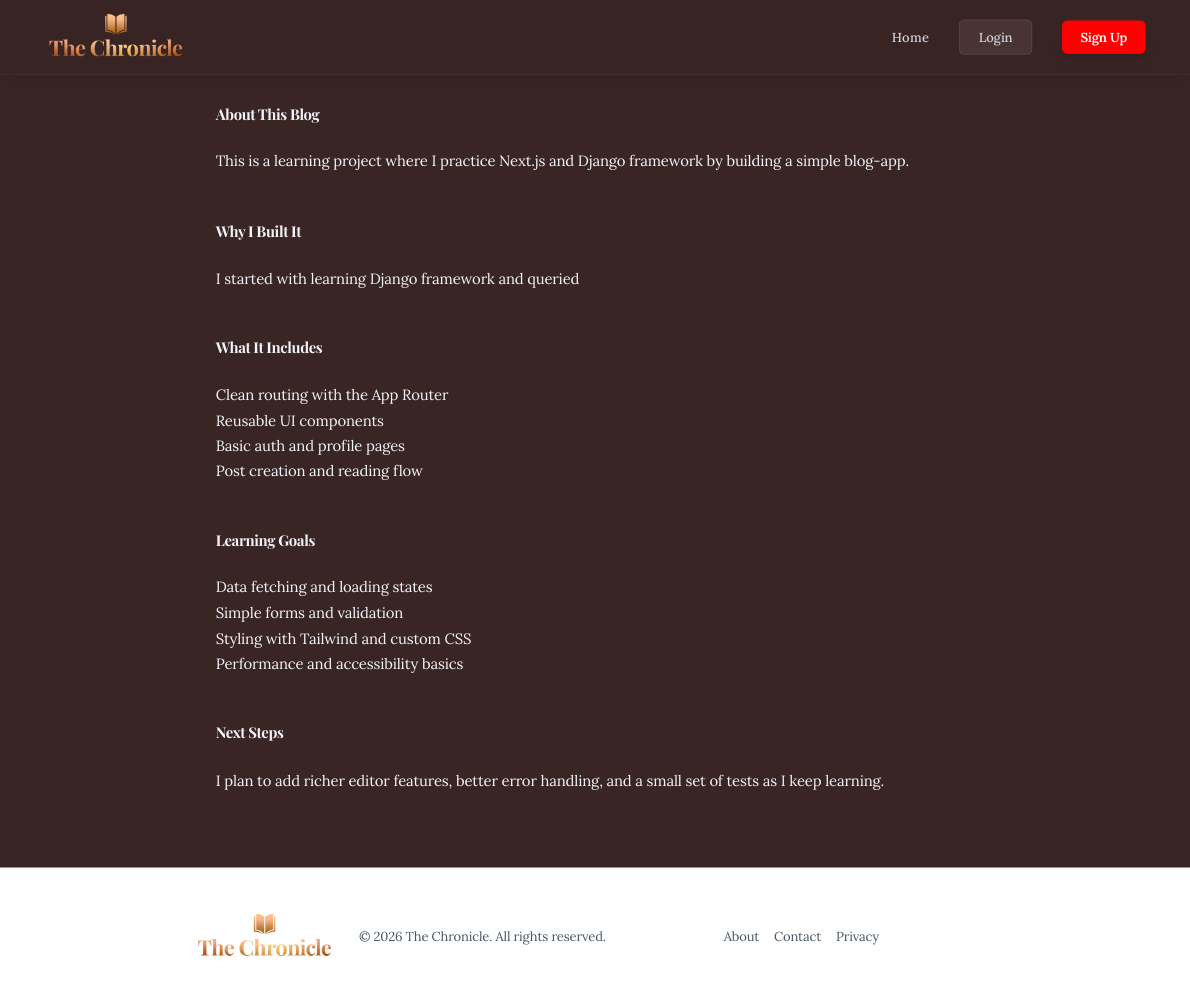
Repository: swaruplamsal/BasicBlogApp
Page: /about (app in blog-frontend/)
An editor plug-in stored every save of this project. The page is shown before and after the next save, followed by the edit.
The browser window is 1280 px wide. The pictures show the whole page, at 93% of full size.
The page's requests for data from a server got no answer. The project was rebuilt for these pictures with package versions that can differ from the ones it lists, and the page was loaded fresh each time. The framework's server and built-in components were replaced by stand-ins that run in the browser. No one was signed in, and anything a server would have sent is missing. Also part of the build but not shown: blog-frontend/next.config.mjs, blog-frontend/app/components/Avatar.js.

Above is the page before, as saved 2026-02-07 20:52:46.

### blog-frontend/app/layout.js
// app/layout.js
import { Lora, Playfair_Display } from "next/font/google";
import { AuthProvider } from "./context/AuthContext";
import { generateSiteMetadata } from "../lib/metadata";
import "./globals.css";

export const metadata = generateSiteMetadata();

const lora = Lora({
  subsets: ["latin"],
  weight: ["400", "500", "600", "700"],
  variable: "--font-lora",
});

const playfair = Playfair_Display({
  subsets: ["latin"],
  weight: ["400", "500", "600", "700", "900"],
  variable: "--font-playfair",
});

export default function RootLayout({ children }) {
  return (
    <html lang="en">
      <body className={`${lora.variable} ${playfair.variable}`}>
        <AuthProvider>{children}</AuthProvider>
      </body>
    </html>
  );
}

### blog-frontend/app/about/page.js
import Navbar from "../components/Navbar";
import Footer from "../components/Footer";

const sectionStyle = {
  marginTop: "1.5rem",
};

export default function About() {
  return (
    <div className="dark:bg-sky-950">
      <Navbar />
      <main style={{ padding: "2rem", maxWidth: "880px", margin: "0 auto" }}>
        <h1>About This Blog</h1>
        <br />

        <p>
          This is a learning project where I practice Next.js and Django
          framework by building a simple blog-app.
        </p>
        <br />
        <section style={sectionStyle}>
          <h2>Why I Built It</h2>
          <br />
          <p>
            I started with learning Django framework and queried
          </p>
        </section>
        <br />

        <section style={sectionStyle}>
          <h2>What It Includes</h2>
          <br />
          <ul>
            <li>Clean routing with the App Router</li>
            <li>Reusable UI components</li>
            <li>Basic auth and profile pages</li>
            <li>Post creation and reading flow</li>
          </ul>
        </section>
        <br />

        <section style={sectionStyle}>
          <h2>Learning Goals</h2>
          <br />
          <ul>
            <li>Data fetching and loading states</li>
            <li>Simple forms and validation</li>
            <li>Styling with Tailwind and custom CSS</li>
            <li>Performance and accessibility basics</li>
          </ul>
        </section>
        <br />

        <section style={sectionStyle}>
          <h2>Next Steps</h2>
          <br />
          <p>
            I plan to add richer editor features, better error handling, and a
            small set of tests as I keep learning.
          </p>
        </section>
      </main>
      <Footer />
    </div>
  );
}

### blog-frontend/app/context/AuthContext.js
"use client";

import { createContext, useContext, useState, useEffect } from "react";
import { authApi } from "../../lib/api";

const AuthContext = createContext();

// Helper function to get initial state from localStorage
function getInitialAuth() {
  if (typeof window === "undefined") {
    return { token: null, user: null };
  }

  const savedToken = localStorage.getItem("token");
  const savedUser = localStorage.getItem("user");

  return {
    token: savedToken || null,
    user: savedUser ? JSON.parse(savedUser) : null,
  };
}

export function AuthProvider({ children }) {
  const [user, setUser] = useState(() => getInitialAuth().user);
  const [token, setToken] = useState(() => getInitialAuth().token);

  // Sync user data with backend on mount if token exists
  useEffect(() => {
    if (typeof window === "undefined" || !token) return;

    const syncUserData = async () => {
      try {
        const completeUser = await authApi.getCurrentUser();
        setUser(completeUser);
        localStorage.setItem("user", JSON.stringify(completeUser));
      } catch (error) {
        // If sync fails, user might be logged out - clear auth state
        setToken(null);
        setUser(null);
        localStorage.removeItem("token");
        localStorage.removeItem("user");
      }
    };

    syncUserData();
  }, [token]);

  const login = async (username, password) => {
    try {
      const data = await authApi.login(username, password);

      setToken(data.token);
      localStorage.setItem("token", data.token);

      // Fetch complete user data including profile
      try {
        const completeUser = await authApi.getCurrentUser();
        setUser(completeUser);
        localStorage.setItem("user", JSON.stringify(completeUser));
      } catch (profileError) {
        // Fallback to basic user data if profile fetch fails
        setUser(data.user);
        localStorage.setItem("user", JSON.stringify(data.user));
      }

      return { success: true };
    } catch (error) {
      return { success: false, error: error.message };
    }
  };

  const signup = async (username, email, password) => {
    try {
      const data = await authApi.signup(username, email, password);

      setToken(data.token);
      setUser(data.user);
      localStorage.setItem("token", data.token);
      localStorage.setItem("user", JSON.stringify(data.user));
      return { success: true };
    } catch (error) {
      return { success: false, error: error.message };
    }
  };

  const logout = () => {
    setToken(null);
    setUser(null);
    localStorage.removeItem("token");
    localStorage.removeItem("user");
  };

  const refreshUser = async () => {
    if (!token) return;

    try {
      const completeUser = await authApi.getCurrentUser();
      setUser(completeUser);
      localStorage.setItem("user", JSON.stringify(completeUser));
    } catch (error) {
      console.log("Failed to refresh user data:", error.message);
    }
  };

  return (
    <AuthContext.Provider
      value={{ user, token, login, signup, logout, refreshUser }}
    >
      {children}
    </AuthContext.Provider>
  );
}

export function useAuth() {
  return useContext(AuthContext);
}

### blog-frontend/lib/metadata.js
// Helper functions for generating metadata

export const generateSiteMetadata = () => ({
  title: {
    template: "%s | The Chronicle",
    default: "The Chronicle - Where Stories Matter",
  },
  description:
    "Discover thoughtful perspectives, compelling narratives, and insights that challenge the ordinary.",
  keywords: ["blog", "stories", "articles", "writing", "chronicle"],
  authors: [{ name: "The Chronicle Team" }],
  openGraph: {
    type: "website",
    locale: "en_US",
    siteName: "The Chronicle",
  },
  twitter: {
    card: "summary_large_image",
  },
  // Fallback favicon / site icon. Place a file at public/favicon.png (or /favicon.ico)
  icons: {
    icon: "/favicon.png",
    apple: "/favicon.png",
  },
});

export const generatePostMetadata = (post) => {
  if (!post) return {};

  return {
    title: post.title,
    description: post.content.substring(0, 160) + "...",
    keywords: post.tags?.map((tag) => tag.name) || [],
    authors: [{ name: post.author?.username || "Anonymous" }],
    openGraph: {
      title: post.title,
      description: post.content.substring(0, 160) + "...",
      type: "article",
      publishedTime: post.created_at,
      modifiedTime: post.updated_at,
      authors: [post.author?.username || "Anonymous"],
      tags: post.tags?.map((tag) => tag.name) || [],
    },
    twitter: {
      card: "summary_large_image",
      title: post.title,
      description: post.content.substring(0, 160) + "...",
    },
  };
};

### blog-frontend/app/globals.css
@import "tailwindcss";

@layer base {
  :root {
    /* Bold Editorial Theme - Color Hunt Palette */
    --background: #3a2525;
    --background-elevated: #4a3535;
    --background-hover: #5a4545;
    --foreground: #f1f5f9;
    --foreground-muted: #cbd5e1;
    --foreground-subtle: #94a3b8;

    /* Accent Colors */
    --accent: #ff0000;
    --accent-hover: #cc0000;
    --accent-light: #ff3333;
    --accent-secondary: #9e2a2a;
    --navy: #000080;
    --navy-hover: #0000a0;

    /* Borders & Dividers */
    --border: #5a4545;
    --border-light: #6a5555;

    /* Semantic Colors */
    --success: #10b981;
    --error: #ff0000;
    --warning: #ff0000;
  }

  body {
    background: var(--background);
    color: var(--foreground);
    font-family:
      var(--font-lora),
      -apple-system,
      BlinkMacSystemFont,
      "Segoe UI",
      Roboto,
      sans-serif;
    line-height: 1.7;
    -webkit-font-smoothing: antialiased;
    -moz-osx-font-smoothing: grayscale;
    letter-spacing: -0.011em;
  }

  h1,
  h2,
  h3,
  h4,
  h5,
  h6 {
    font-family: var(--font-playfair), Georgia, serif;
    font-weight: 700;
    line-height: 1.25;
    color: var(--foreground);
    letter-spacing: -0.025em;
  }
}

@layer components {
  /* Custom Scrollbar */
  ::-webkit-scrollbar {
    width: 8px;
  }

  ::-webkit-scrollbar-track {
    background: var(--background);
  }

  ::-webkit-scrollbar-thumb {
    background: var(--accent);
    border-radius: 4px;
  }

  ::-webkit-scrollbar-thumb:hover {
    background: var(--accent-hover);
  }

  /* Smooth transitions */
  * {
    transition-property:
      background-color, border-color, color, fill, stroke, transform, opacity;
    transition-timing-function: cubic-bezier(0.4, 0, 0.2, 1);
    transition-duration: 200ms;
  }

  /* Editorial Utilities */
  .editorial-gradient {
    background: linear-gradient(
      135deg,
      var(--background) 0%,
      var(--background-elevated) 100%
    );
  }

  .text-gradient {
    background: linear-gradient(135deg, #ff0000, #9e2a2a);
    -webkit-background-clip: text;
    -webkit-text-fill-color: transparent;
    background-clip: text;
  }

  .reading-progress {
    position: fixed;
    top: 0;
    left: 0;
    height: 3px;
    background: linear-gradient(90deg, #ff0000, #9e2a2a);
    z-index: 9999;
    transition: width 0.1s ease-out;
  }

  .card-hover {
    transition: all 0.3s cubic-bezier(0.4, 0, 0.2, 1);
  }

  .card-hover:hover {
    transform: translateY(-2px);
    box-shadow: 0 20px 40px -12px rgba(255, 0, 0, 0.2);
    border-color: #6a5555 !important;
  }

  /* Button Styles */
  .btn-primary {
    background-color: #ff0000;
    box-shadow: 0 10px 25px -5px rgba(255, 0, 0, 0.3);
    transition: all 0.3s ease;
  }

  .btn-primary:hover {
    background-color: #cc0000;
    box-shadow: 0 15px 30px -5px rgba(255, 0, 0, 0.4);
  }

  /* Link Styles */
  .link-red {
    color: #ff0000;
    transition: color 0.2s ease;
  }

  .link-red:hover {
    color: #ff3333;
  }

  .link-nav {
    color: #cbd5e1;
    transition: color 0.2s ease;
  }

  .link-nav:hover {
    color: #ff0000;
  }

  /* Article Title */
  .article-title {
    color: #f1f5f9;
    transition: color 0.3s ease;
  }

  .article-title:hover {
    color: #ff0000;
  }

  /* Tag Styles */
  .tag {
    color: #94a3b8;
    background-color: rgba(90, 69, 69, 0.5);
    border: 1px solid rgba(106, 85, 85, 0.5);
    transition: all 0.2s ease;
  }

  .tag:hover {
    border-color: #9e2a2a;
    color: #cbd5e1;
  }
  /* Form Styles */
  .form-input {
    background-color: rgba(90, 69, 69, 0.5);
    border: 1px solid #6a5555;
    color: #f1f5f9;
    transition: all 0.2s ease;
  }

  .form-input:focus {
    outline: none;
    border-color: #ff0000;
    background-color: rgba(90, 69, 69, 0.7);
  }

  .form-label {
    color: #cbd5e1;
  }

  .form-container {
    background-color: rgba(74, 53, 53, 0.5);
    border: 1px solid #5a4545;
  }

  .btn-secondary {
    background-color: rgba(90, 69, 69, 0.8);
    color: #cbd5e1;
    border: 1px solid #6a5555;
    transition: all 0.2s ease;
  }

  .btn-secondary:hover {
    background-color: rgba(90, 69, 69, 1);
    border-color: #7a6565;
  }

  .btn-danger {
    background-color: rgba(158, 42, 42, 0.8);
    color: #fff;
    border: 1px solid #9e2a2a;
    transition: all 0.2s ease;
  }

  .btn-danger:hover {
    background-color: #9e2a2a;
  }

  .btn-success {
    background-color: rgba(16, 185, 129, 0.8);
    color: #fff;
    transition: all 0.2s ease;
  }

  .btn-success:hover {
    background-color: rgb(16, 185, 129);
  }

  /* ========================================
   LOADING & ANIMATION STYLES
   ======================================== */

  /* Shimmer effect for skeleton loaders */
  @keyframes shimmer {
    0% {
      transform: translateX(-100%);
    }
    100% {
      transform: translateX(100%);
    }
  }

  .animate-shimmer {
    animation: shimmer 2s infinite;
  }

  /* Fade in animation */
  @keyframes fade-in {
    from {
      opacity: 0;
    }
    to {
      opacity: 1;
    }
  }

  .animate-fade-in {
    animation: fade-in 0.5s ease-out;
  }

  /* Fade in and slide up animation */
  @keyframes fade-in-up {
    from {
      opacity: 0;
      transform: translateY(20px);
    }
    to {
      opacity: 1;
      transform: translateY(0);
    }
  }

  .animate-fade-in-up {
    animation: fade-in-up 0.6s ease-out;
  }

  /* Scale in animation */
  @keyframes scale-in {
    from {
      opacity: 0;
      transform: scale(0.95);
    }
    to {
      opacity: 1;
      transform: scale(1);
    }
  }

  .animate-scale-in {
    animation: scale-in 0.4s ease-out;
  }

  /* Smooth transitions for all interactive elements */
  .transition-smooth {
    transition: all 0.3s cubic-bezier(0.4, 0, 0.2, 1);
  }
}

### blog-frontend/app/components/Navbar.js
// app/components/Navbar.js
"use client";

import dynamic from "next/dynamic";
import Link from "next/link";
import Image from "next/image";

const NavbarAuth = dynamic(() => import("./NavbarAuth"), { ssr: false });

export default function Navbar() {
  return (
    <nav
      className="sticky top-0 z-50 backdrop-blur-xl border-b shadow-lg"
      style={{
        backgroundColor: "rgba(58, 37, 37, 0.8)",
        borderColor: "rgba(90, 69, 69, 0.5)",
      }}
    >
      <div className="max-w-7xl mx-auto px-6 sm:px-8 lg:px-12">
        <div className="flex justify-between items-center h-20">
          {/* Logo */}
          <Link
            href="/"
            className="group flex items-center gap-3 hover:opacity-80 transition-opacity"
          >
            {/* Replace the inline svg with a logo image from public/images/logo.png */}
            <div>
              <Image
                src="/images/logo.png"
                alt="Editorial logo"
                width={150}
                height={150}
                className="object-cover"
                priority
              />
            </div>
          </Link>

          {/* Nav Links */}
          <div className="flex items-center gap-8">
            <Link
              href="/"
              className="link-nav font-medium text-sm tracking-wide"
            >
              Home
            </Link>
            <NavbarAuth />
          </div>
        </div>
      </div>
    </nav>
  );
}

### blog-frontend/app/components/Footer.js
import Image from "next/image";
import Link from "next/link";
import SocialLinks from "./SocialLinks";

export default function Footer() {
  return (
    <footer className="border-t mt-12 py-8 bg-white dark:bg-gray-900">
      <div className="max-w-4xl mx-auto px-4 flex flex-col md:flex-row items-center justify-between gap-4">
        <div className="flex items-center space-x-3">
          <Link href="/" className="flex items-center">
            <Image
              src="/images/logo.png"
              alt="Logo"
              width={150}
              height={150}
              className="rounded-sm"
            />
          </Link>
          <p className="text-sm text-gray-600 dark:text-gray-300 ml-4">
            © {new Date().getFullYear()} The Chronicle. All rights reserved.
          </p>
        </div>

        <nav className="flex items-center space-x-4">
          <Link
            href="/about"
            className="text-sm text-gray-600 hover:text-red-600 transition-colors duration-200 dark:text-gray-300 dark:hover:text-red-400 active:text-red-900 focus:outline-none focus-visible:ring-2 focus-visible:ring-red-300 rounded"
          >
            About
          </Link>
          <Link
            href="/contact"
            className="text-sm text-gray-600 hover:text-red-600 transition-colors duration-200 dark:text-gray-300 dark:hover:text-red-400 active:text-red-900 focus:outline-none focus-visible:ring-2 focus-visible:ring-red-300 rounded"
          >
            Contact
          </Link>
          <Link
            href="/privacy"
            className="text-sm text-gray-600 hover:text-red-600 transition-colors duration-200 dark:text-gray-300 dark:hover:text-red-400 active:text-red-900 focus:outline-none focus-visible:ring-2 focus-visible:ring-red-300 rounded"
          >
            Privacy
          </Link>
        </nav>

        <div>
          <SocialLinks />
        </div>
      </div>
    </footer>
  );
}

### blog-frontend/app/components/SocialLinks.js
"use client";

import Link from "next/link";

export default function SocialLinks({ website, twitter, github, linkedin }) {
  const links = [
    {
      name: "Website",
      value: website,
      href: website,
      icon: (
        <svg
          className="w-5 h-5"
          fill="none"
          stroke="currentColor"
          viewBox="0 0 24 24"
        >
          <path
            strokeLinecap="round"
            strokeLinejoin="round"
            strokeWidth={2}
            d="M21 12a9 9 0 01-9 9m9-9a9 9 0 00-9-9m9 9H3m9 9a9 9 0 01-9-9m9 9c1.657 0 3-4.03 3-9s-1.343-9-3-9m0 18c-1.657 0-3-4.03-3-9s1.343-9 3-9m-9 9a9 9 0 019-9"
          />
        </svg>
      ),
    },
    {
      name: "Twitter",
      value: twitter,
      href: twitter ? `https://twitter.com/${twitter}` : null,
      icon: (
        <svg className="w-5 h-5" fill="currentColor" viewBox="0 0 24 24">
          <path d="M18.244 2.25h3.308l-7.227 8.26 8.502 11.24H16.17l-5.214-6.817L4.99 21.75H1.68l7.73-8.835L1.254 2.25H8.08l4.713 6.231zm-1.161 17.52h1.833L7.084 4.126H5.117z" />
        </svg>
      ),
    },
    {
      name: "GitHub",
      value: github,
      href: github ? `https://github.com/${github}` : null,
      icon: (
        <svg className="w-5 h-5" fill="currentColor" viewBox="0 0 24 24">
          <path
            fillRule="evenodd"
            d="M12 2C6.477 2 2 6.484 2 12.017c0 4.425 2.865 8.18 6.839 9.504.5.092.682-.217.682-.483 0-.237-.008-.868-.013-1.703-2.782.605-3.369-1.343-3.369-1.343-.454-1.158-1.11-1.466-1.11-1.466-.908-.62.069-.608.069-.608 1.003.07 1.531 1.032 1.531 1.032.892 1.53 2.341 1.088 2.91.832.092-.647.35-1.088.636-1.338-2.22-.253-4.555-1.113-4.555-4.951 0-1.093.39-1.988 1.029-2.688-.103-.253-.446-1.272.098-2.65 0 0 .84-.27 2.75 1.026A9.564 9.564 0 0112 6.844c.85.004 1.705.115 2.504.337 1.909-1.296 2.747-1.027 2.747-1.027.546 1.379.202 2.398.1 2.651.64.7 1.028 1.595 1.028 2.688 0 3.848-2.339 4.695-4.566 4.943.359.309.678.92.678 1.855 0 1.338-.012 2.419-.012 2.747 0 .268.18.58.688.482A10.019 10.019 0 0022 12.017C22 6.484 17.522 2 12 2z"
            clipRule="evenodd"
          />
        </svg>
      ),
    },
    {
      name: "LinkedIn",
      value: linkedin,
      href: linkedin ? `https://linkedin.com/in/${linkedin}` : null,
      icon: (
        <svg className="w-5 h-5" fill="currentColor" viewBox="0 0 24 24">
          <path d="M20.447 20.452h-3.554v-5.569c0-1.328-.027-3.037-1.852-3.037-1.853 0-2.136 1.445-2.136 2.939v5.667H9.351V9h3.414v1.561h.046c.477-.9 1.637-1.85 3.37-1.85 3.601 0 4.267 2.37 4.267 5.455v6.286zM5.337 7.433c-1.144 0-2.063-.926-2.063-2.065 0-1.138.92-2.063 2.063-2.063 1.14 0 2.064.925 2.064 2.063 0 1.139-.925 2.065-2.064 2.065zm1.782 13.019H3.555V9h3.564v11.452zM22.225 0H1.771C.792 0 0 .774 0 1.729v20.542C0 23.227.792 24 1.771 24h20.451C23.2 24 24 23.227 24 22.271V1.729C24 .774 23.2 0 22.222 0h.003z" />
        </svg>
      ),
    },
  ];

  const activeLinks = links.filter((link) => link.value);

  if (activeLinks.length === 0) {
    return null;
  }

  return (
    <div className="flex flex-wrap gap-3">
      {activeLinks.map((link) => (
        <a
          key={link.name}
          href={link.href}
          target="_blank"
          rel="noopener noreferrer"
          className="flex items-center gap-2 px-4 py-2 bg-slate-800/50 rounded-lg border border-slate-700/50 hover:border-red-600/50 hover:bg-slate-800 transition-all text-slate-400 hover:text-red-400"
          title={link.name}
        >
          {link.icon}
          <span className="text-sm">{link.name}</span>
        </a>
      ))}
    </div>
  );
}

Loaded but not shown: blog-frontend/lib/api.js (library); blog-frontend/app/components/NavbarAuth.js (180 lines, source omitted)

After the next save:
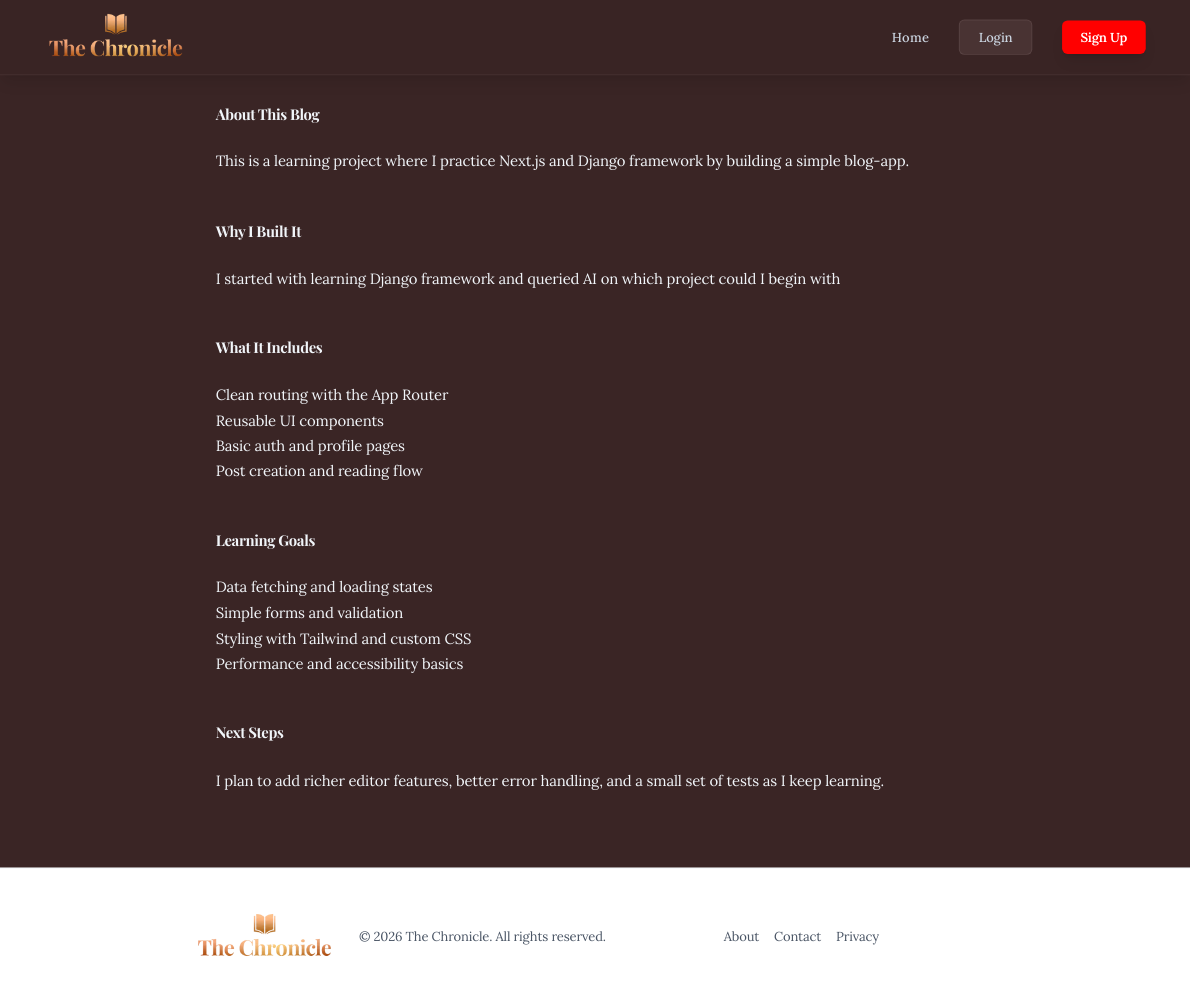
Saved 19 s later.
--- a/blog-frontend/app/about/page.js
+++ b/blog-frontend/app/about/page.js
@@ -22,7 +22,7 @@ export default function About() {
           <h2>Why I Built It</h2>
           <br />
           <p>
-            I started with learning Django framework and queried
+            I started with learning Django framework and queried AI on which project could I begin with
           </p>
         </section>
         <br />
